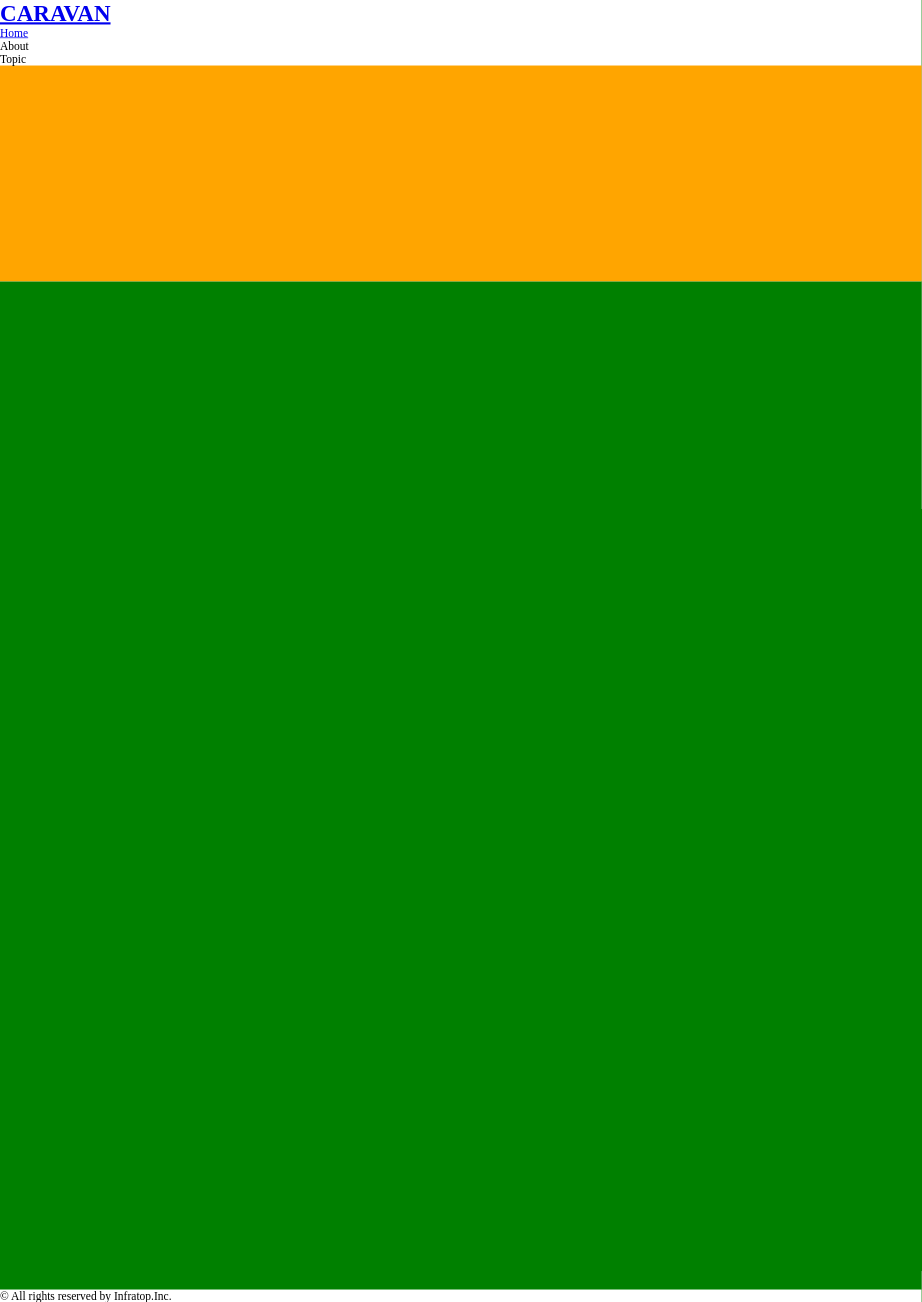
Repository: Nao002/practice
Page: caravan/index.html
The author's editor kept a record of every edit. The page is drawn from the files as they stood at one moment, then again after the next edit.
The browser window is 1280 px wide. The pictures show the whole page, at 72% of full size.

Above is the page before.

After the next edit:
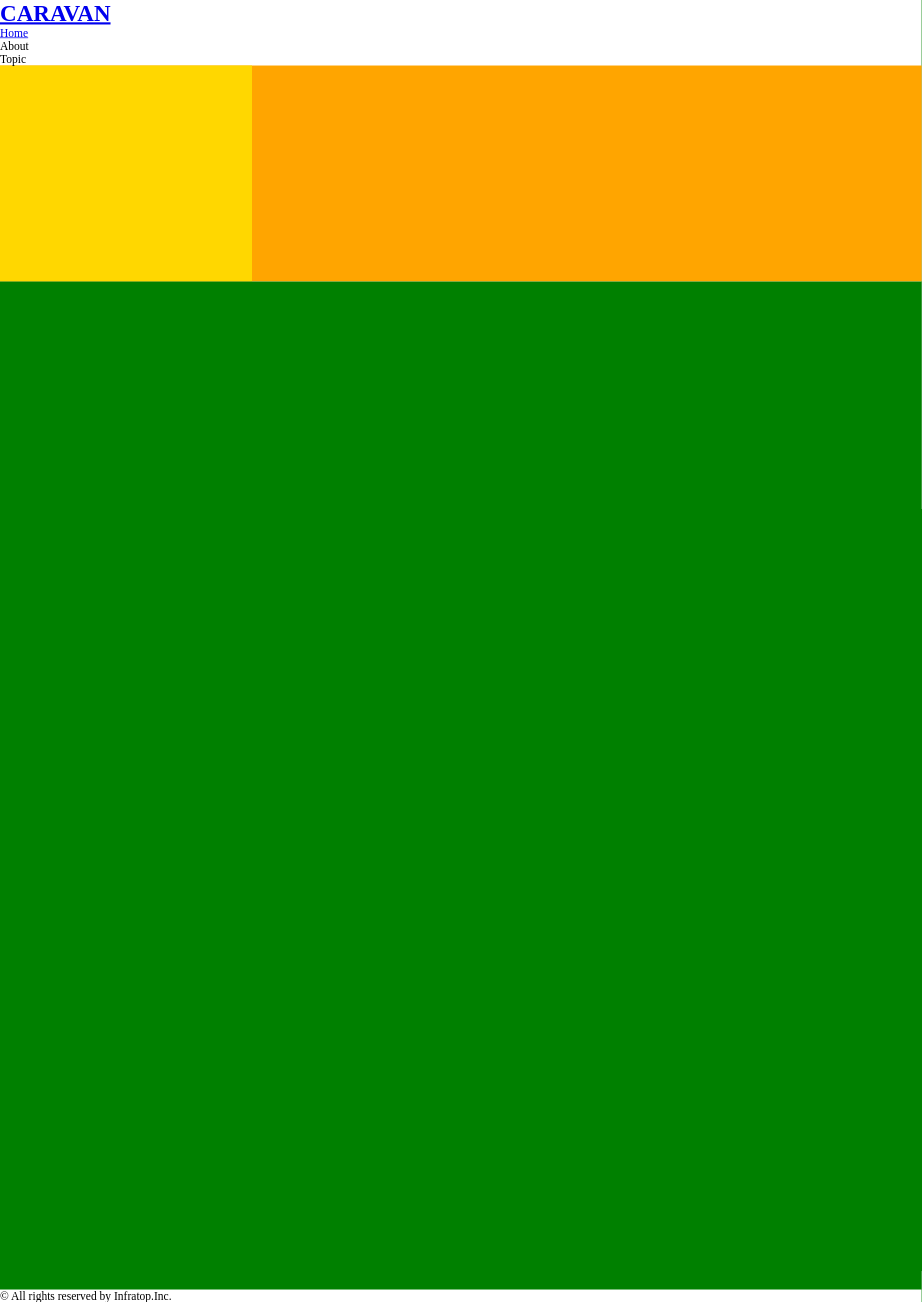
The edit:
--- a/caravan/style.css
+++ b/caravan/style.css
@@ -29,6 +29,12 @@
   background-color: orange; /* 背景色orange */
 }
 
+.main-visual-content {
+  width: 350px; /* 横幅350px */
+  height: 300px; /* 親の高さに揃える */
+  background-color: gold; /* 背景色gold */
+}
+
 .main {
   width: 100%; /* 横幅いっぱい */
   height: 1400px; /* 高さ1400px（多めに設定） */
